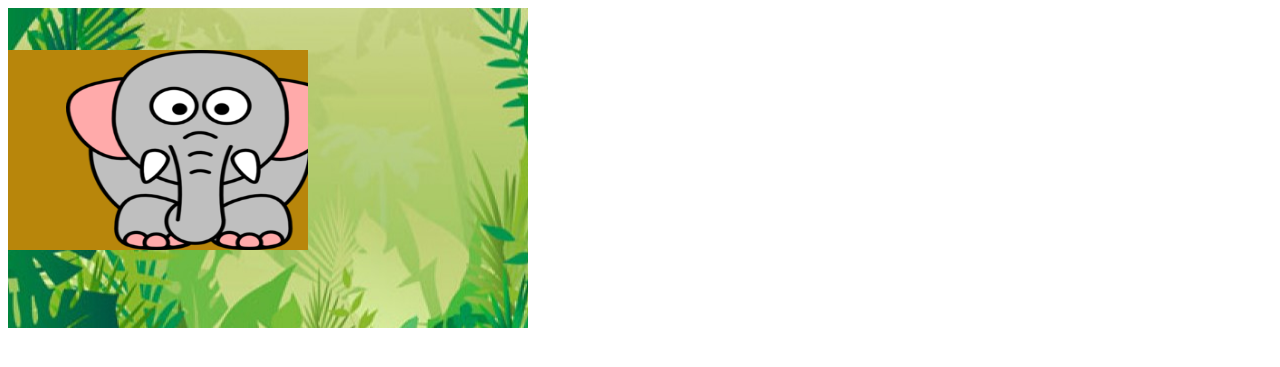
Repository: RathipriyaChandrasekaran/dotlite
Page: ConnectDots/menupage.html
These files come from the project's save history. The page is drawn as it stood at one moment and after the next save; the edit follows.
The browser window is 1280 px wide. The pictures show the whole page.

Above is the page before, as saved 2014-12-14 18:01:00.

### ConnectDots/menupage.html
<!DOCTYPE html>
<html>
<head>
     <meta charset="utf-8" />
     <meta name="viewport" content="width=device-width, initial-scale=1.0, maximum-scale=1.0">
     <link rel="stylesheet" type="text/css" href="css/appstyle.css"/>
     <script src="js/main.js"></script>
</head>
<body>

 <div id="scroll" class="scope">

   <div id="filmstrip" class="filmstrip" style= "width:1700px;">
    <div id="animallearning" class="scrollable" onclick="animalpage()">
     <img src="images/elephants.png"></img>
     <button class="button" style="width:110px !important;" >Animals</button>
    </div>
    <div id="musiclearning" class="scrollable">
     <img src="images/guitar.png"></img>
     <button class="button" style="width:110px !important;" >Music</button>
    </div>
    <div id="fruitslearning" class="scrollable">
     <img src="images/fruits.png"></img>
     <button class="button" style="width:110px !important;">Fruits</button>
    </div>

   </div>
 </div>
 <canvas id="canvas" width="520px" height="320px"></canvas>



 <script>
 var points=new Array();
 var canvas = document.getElementById('canvas');
 var context = canvas.getContext('2d');
 var height = 320;
 var width = 520;

 context.beginPath();
 context.rect(1, 1, width, height);
 context.fill();
 context.lineWidth = 1;
 context.strokeStyle = 'black';
 context.stroke();

 function loadCanvas(dataURL, _cb) {

     // load image from data url
     var imageObj = new Image();
     imageObj.onload = function() {
         var imgWidth = this.width;
         var imgHeight = this.height;
         var posX = (width - imgWidth)/2;
         var posY = (height - imgHeight)/2;
         context.drawImage(this, -5, posY + 10);
         if (_cb) _cb();
     };

     imageObj.src = dataURL;
 }

loadCanvas("images/jungle.png", function() {

});

function animalpage(){
	window.location.href="animals.html";
}


 </script>
</body>
</html>

### ConnectDots/css/appstyle.css
#backgroundimage{
	display: block;

    background-repeat: no-repeat ;
}

#play{
	position: absolute;
	top: 80px;
	left: 300px;
	width: 100px;
	height: 35px;
}

#pref{
	position : absolute;
	top: 130px;
	left: 300px;
	width: 100px;
	height: 30px;
}
#moregame{
	position : absolute;
	top: 170px;
	left: 300px;
	width: 100px;
	height: 30px;
}

#fullversion{
	position : absolute;
	top: 210px;
	left: 300px;
	width: 100px;
	height: 30px;
}
.button {
   border-top: 1px solid #96d1f8;
   background: #D2691E;
   background: -webkit-gradient(linear, left top, left bottom, from(#3e779d), to(#65a9d7));
   background: -webkit-linear-gradient(top, #3e779d, #65a9d7);
   background: -moz-linear-gradient(top, #3e779d, #65a9d7);
   background: -ms-linear-gradient(top, #3e779d, #65a9d7);
   background: -o-linear-gradient(top, #3e779d, #65a9d7);
   padding: 5px 10px;
   -webkit-border-radius: 8px;
   -moz-border-radius: 8px;
   border-radius: 8px;
   -webkit-box-shadow: rgba(0,0,0,1) 0 1px 0;
   -moz-box-shadow: rgba(0,0,0,1) 0 1px 0;
   box-shadow: rgba(0,0,0,1) 0 1px 0;
   text-shadow: rgba(0,0,0,.4) 0 1px 0;
   color: white;
   font-size: 16px;
   font-family: Georgia, serif;
   text-decoration: bold;
   vertical-align: middle;
   }
.button:hover {
   border-top-color: #28597a;
   background: #28597a;
   color: #ccc;
   }
.button:active {
   border-top-color: #1b435e;
   background: #D2691E;
   }
   .smallbutton {
   border-top: 1px solid #96d1f8;
   background: #65a9d7;
   background: -webkit-gradient(linear, left top, left bottom, from(#3e779d), to(#65a9d7));
   background: -webkit-linear-gradient(top, #3e779d, #65a9d7);
   background: -moz-linear-gradient(top, #3e779d, #65a9d7);
   background: -ms-linear-gradient(top, #3e779d, #65a9d7);
   background: -o-linear-gradient(top, #3e779d, #65a9d7);
   padding: 5px 10px;
   -webkit-border-radius: 8px;
   -moz-border-radius: 8px;
   border-radius: 8px;
   -webkit-box-shadow: rgba(0,0,0,1) 0 1px 0;
   -moz-box-shadow: rgba(0,0,0,1) 0 1px 0;
   box-shadow: rgba(0,0,0,1) 0 1px 0;
   text-shadow: rgba(0,0,0,.4) 0 1px 0;
   color: white;
   font-size: 14px;
   font-family: Georgia, serif;
   text-decoration: none;
   vertical-align: middle;
   }
   .scope{
     position: absolute;
     top: 50px;
     width:300px;
     overflow-x:scroll;
     overflow-y:hidden;
   }

    img{
      top: 20px;
     width: 270px;
     height: 200px;
    }
    .scrollable{
      cursor: pointer;
      background-color: #B8860B;
      width: 1400px;
      height: 200px;
      position: relative;
    }

/**/
.filmstrip>div {
  width:500px !important;
  display:inline-block;
  text-align:center;
}

### ConnectDots/js/main.js
var startTime;
var checkTime;

//Initialize function
var init = function () {
	// TODO:: Do your initialization job
	console.log("init() called");

	// add eventListener for tizenhwkey
	document.addEventListener('tizenhwkey', function(e) {
		if(e.keyName == "back") {
			try {
				tizen.application.getCurrentApplication().exit();
			} catch (error) {
				console.error("getCurrentApplication(): " + error.message);
			}
		}
	});
};
// window.onload can work without <body onload="">
window.onload = init;

function startTime() {
	var today = new Date();
	var h = today.getHours();

	var m = today.getMinutes();
	var s = today.getSeconds();
	m = checkTime(m);
	s = checkTime(s);
	document.getElementById('divbutton1').innerHTML="Current time: " + h + ":" + m + ":" + s;
	var t = setTimeout(startTime, 250);
}

function checkTime(i) {
	if (i < 10) {
		i="0" + i;
	}
	return i;
}

After the next save:
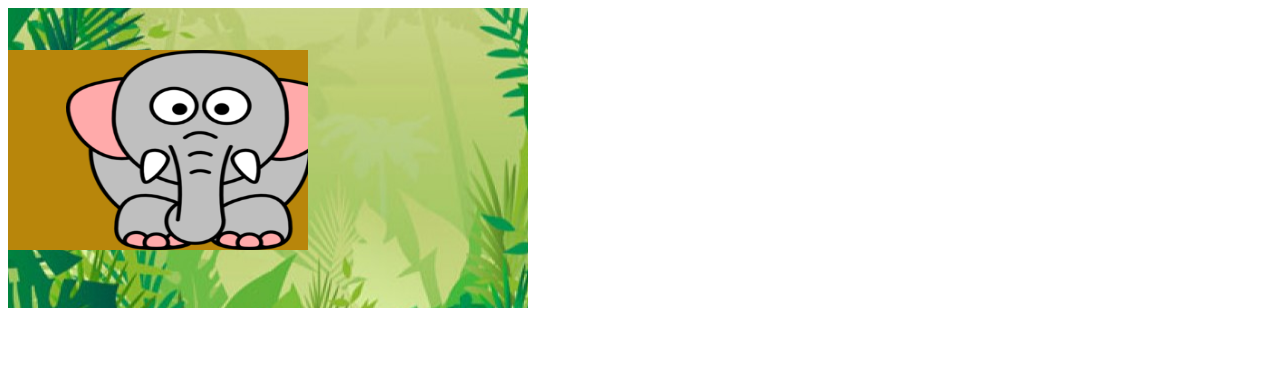
Saved 2 min 52 s later.
--- a/ConnectDots/menupage.html
+++ b/ConnectDots/menupage.html
@@ -26,7 +26,7 @@
 
    </div>
  </div>
- <canvas id="canvas" width="520px" height="320px"></canvas>
+ <canvas id="canvas" width="520px" height="300px"></canvas>
 
 
 
@@ -34,7 +34,7 @@
  var points=new Array();
  var canvas = document.getElementById('canvas');
  var context = canvas.getContext('2d');
- var height = 320;
+ var height = 300;
  var width = 520;
 
  context.beginPath();
